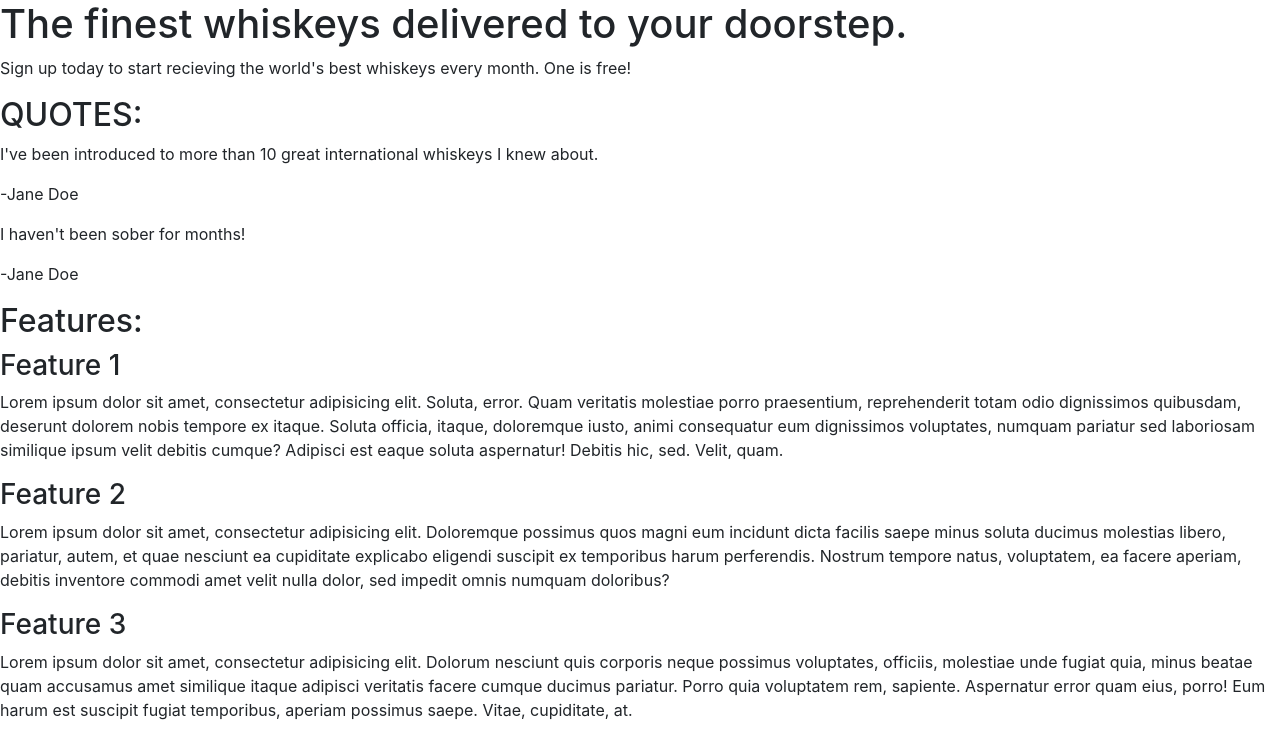
Repository: Leannald13/whiskey-project
Page: index.html
The author's editor kept a record of every edit. The page is drawn from the files as they stood at one moment, then again after the next edit.
The browser window is 1280 px wide. The pictures show the whole page.

Above is the page before.
Console error: TypeError: Cannot read properties of undefined (reading 'fn')

After the next edit:
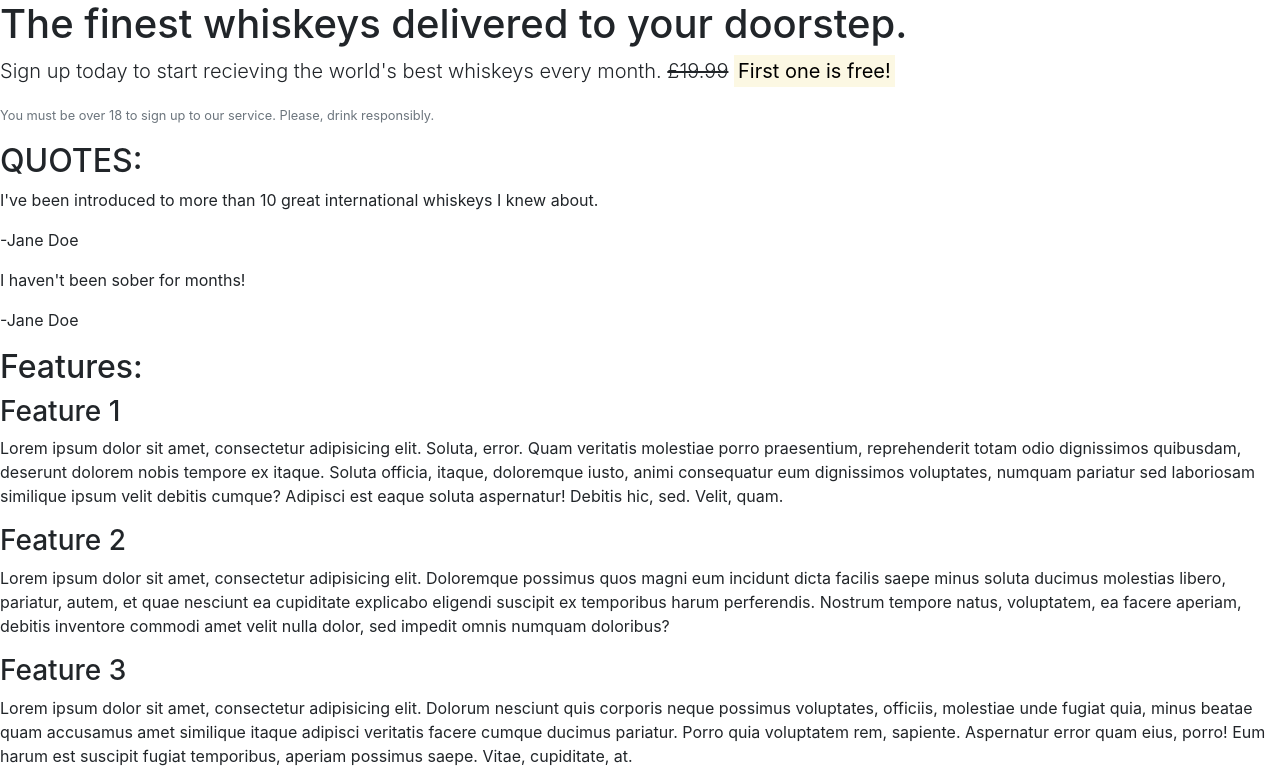
The edit:
--- a/index.html
+++ b/index.html
@@ -12,7 +12,9 @@
     <article class="article">
         <section class="callout">
         <h1>The finest whiskeys delivered to your doorstep.</h1>
-        <p>Sign up today to start recieving the world's best whiskeys every month. One is free!</p>
+        <p class="lead">Sign up today to start recieving the world's best whiskeys every month.
+        <s>£19.99</s> <strong><mark>First one is free!</mark></strong></p>
+        <p class="text-muted"><small>You must be over 18 to sign up to our service. Please, drink responsibly.</small></p>
          </section>
     <section class="quotes">
     <h2 class="text-uppercase">Quotes:</h2>
